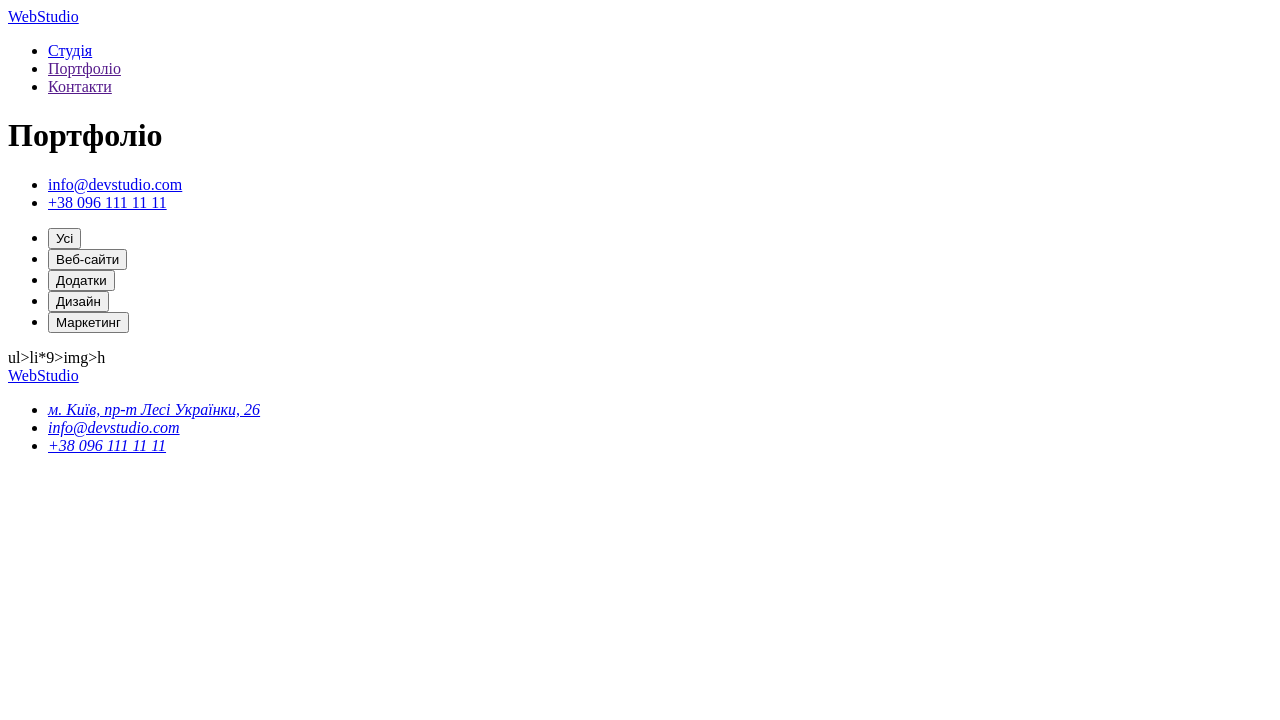
Repository: Mariia2811/goit-markup-hw-03
Page: portfolio.html
These files come from the project's save history. The page is drawn as it stood at one moment and after a run of saves; the edit follows.
The browser window is 1280 px wide. The pictures show the whole page.

Above is the page before, as saved 2022-11-24 19:58:02.

### portfolio.html
<!DOCTYPE html>
<html lang="uk">
  <head>
    <meta charset="UTF-8" />
    <meta http-equiv="X-UA-Compatible" content="IE=edge" />
    <meta name="viewport" content="width=device-width, initial-scale=1.0" />
    <title>Document</title>
  </head>
  <body>
    <header>
      <nav>
        <a href="./index.html">WebStudio</a>
        <ul>
          <li><a href="./index.html">Студія</a></li>
          <li><a href="">Портфоліо</a></li>
          <li><a href="">Контакти</a></li>
        </ul>
      </nav>
      <h1>Портфоліо</h1>
      <ul>
          <li><a href="mailto:info@devstudio.com">info@devstudio.com</a></li>
          <li><a href="tel:+380961111111">+38 096 111 11 11</a></li>
        </ul>
    </header>
    <main>
        <section>
            <ul>
                <li><button type="button">Усі</button></li>
                <li><button type="button">Веб-сайти</button></li>
                <li><button type="button">Додатки</button></li>
                <li><button type="button">Дизайн</button></li>
                <li><button type="button">Маркетинг</button></li>
            </ul>
        </section>
        <section>
            ul>li*9>img>h
        </section>
    </main>
    <footer>
        <a href="./index.html">WebStudio</a>
        <address>
          <ul>
            <li>
              <a
                href="https://www.google.com.ua/maps/place/%D0%B1%D1%83%D0%BB.+%D0%9B%D0%B5%D1%81%D0%B8+%D0%A3%D0%BA%D1%80%D0%B0%D0%B8%D0%BD%D0%BA%D0%B8,+26,+%D0%9A%D0%B8%D0%B5%D0%B2,+02000/@50.4265807,30.5361918,17z/data=!3m1!4b1!4m5!3m4!1s0x40d4cf0e033ecbe9:0x57a4dffefec77da0!8m2!3d50.4265807!4d30.5383858?hl=ru"
                target="_blank"
                rel="noopener noreferrer nofollow"
                >м. Київ, пр-т Лесі Українки, 26</a
              >
            </li>
            <li><a href="mailto:info@devstudio.com">info@devstudio.com</a></li>
            <li><a href="tel:+380961111111">+38 096 111 11 11</a></li>
          </ul>
        </address>
      </footer>
    </body>
  </html>

After the next 6 saves:
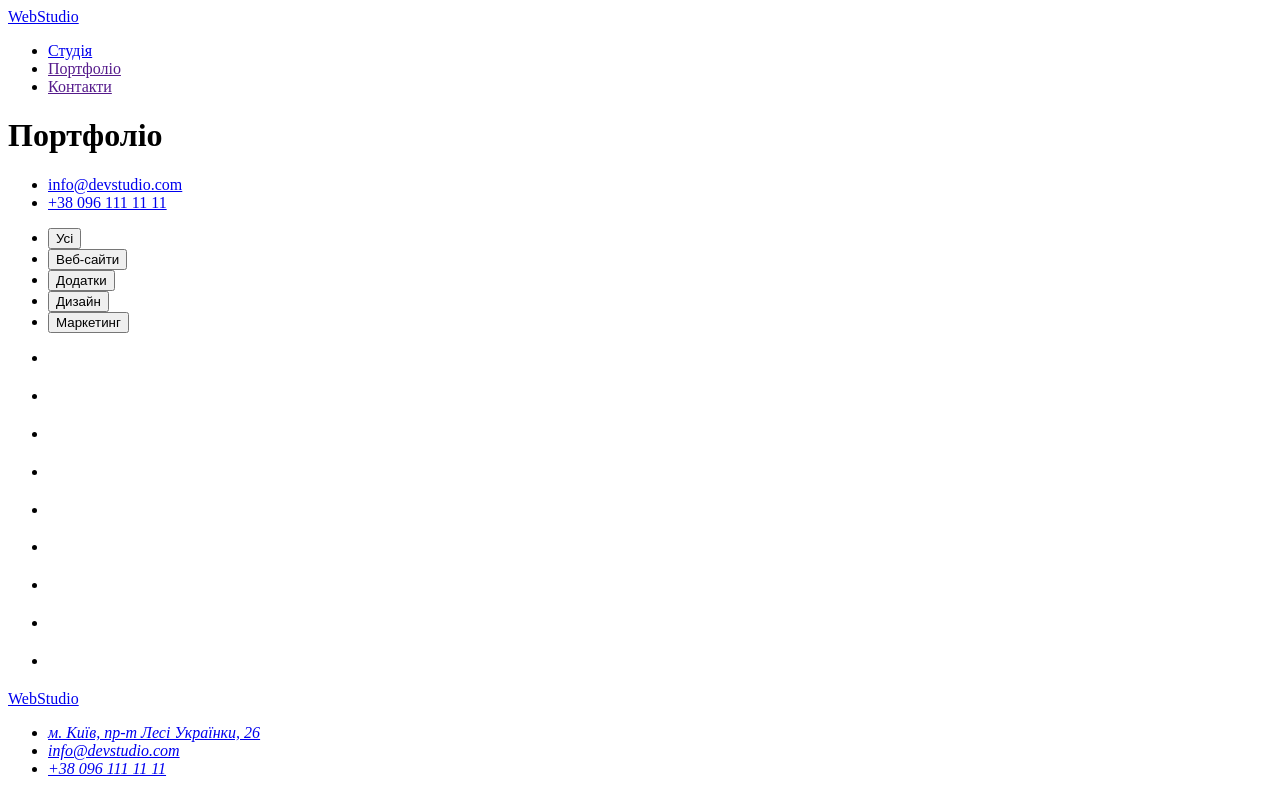
The 6 saves are shown as one change because they came seconds apart.
The last was saved 12 s later.
--- a/portfolio.html
+++ b/portfolio.html
@@ -33,7 +33,53 @@
             </ul>
         </section>
         <section>
-            ul>li*9>img>h
+            <ul>
+                <li>
+                    <img src="" alt="">
+                    <h2></h2>
+                    <p></p>
+                </li>
+                <li>
+                    <img src="" alt="">
+                    <h2></h2>
+                    <p></p>
+                </li>
+                <li>
+                    <img src="" alt="">
+                    <h2></h2>
+                    <p></p>
+                </li>
+                <li>
+                    <img src="" alt="">
+                    <h2></h2>
+                    <p></p>
+                </li>
+                <li>
+                    <img src="" alt="">
+                    <h2></h2>
+                    <p></p>
+                </li>
+                <li>
+                    <img src="" alt="">
+                    <h2></h2>
+                    <p></p>
+                </li>
+                <li>
+                    <img src="" alt="">
+                    <h2></h2>
+                    <p></p>
+                </li>
+                <li>
+                    <img src="" alt="">
+                    <h2></h2>
+                    <p></p>
+                </li>
+                <li>
+                    <img src="" alt="">
+                    <h2></h2>
+                    <p></p>
+                </li>
+            </ul>
         </section>
     </main>
     <footer>
